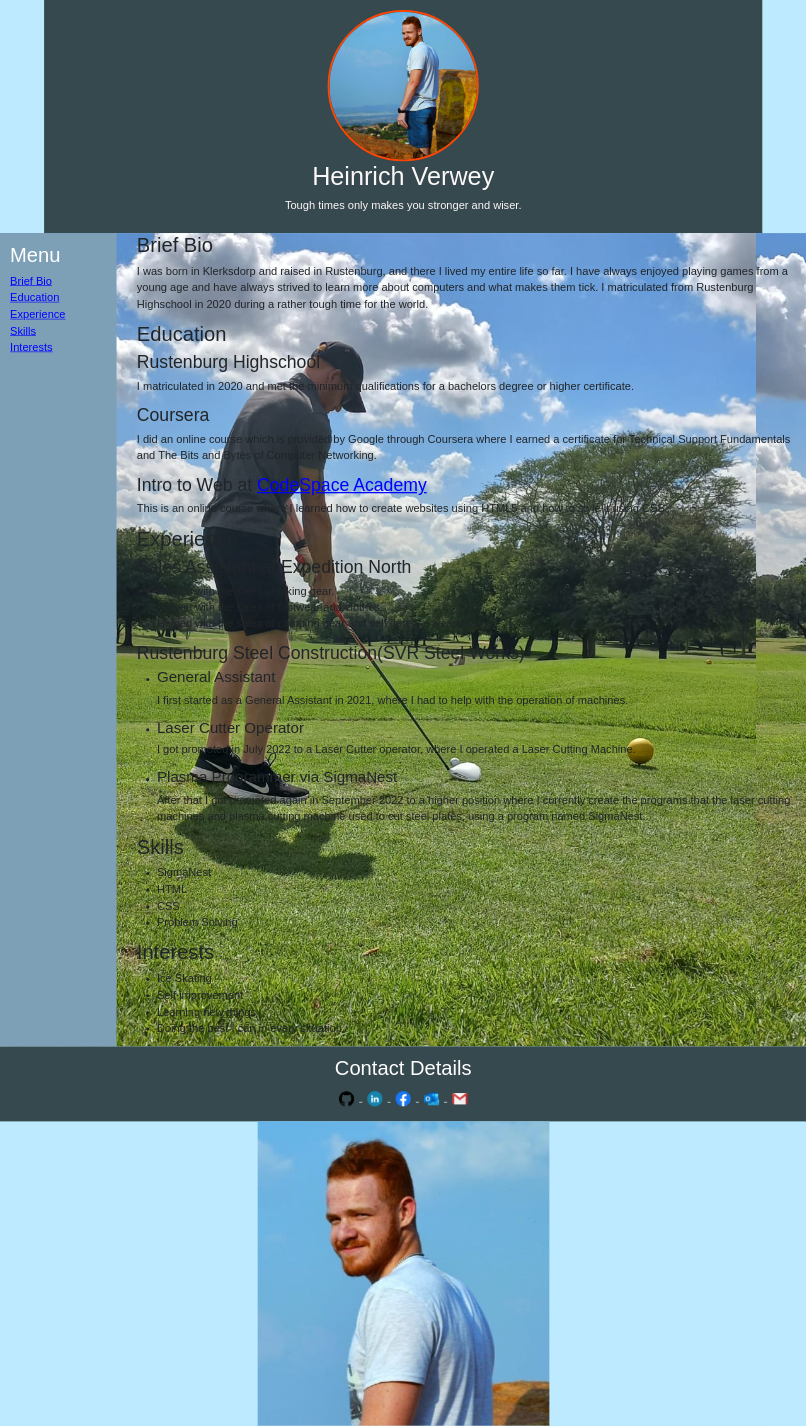
Repository: W3asl3y/IntroToWebDesign
Page: index.html
These files come from the project's save history. The page is drawn as it stood at one moment and after the next save; the edit follows.
The browser window is 1280 px wide. The pictures show the whole page, at 63% of full size.

Above is the page before, as saved 2022-12-07 21:18:13.

### index.html
<!DOCTYPE html>
<html lang="en">
    <head>
        <meta charset="UTF-8">
        <meta http-equiv="X-UA-Compatible" content="IE=edge">
        <meta name="viewport" content="width=device-width, initial-scale=1.0">

        <title>
            My Resume
        </title>

        <link rel="stylesheet" href="https://cdn.jsdelivr.net/npm/bootstrap@5.2.3/dist/css/bootstrap.min.css" integrity="sha384-rbsA2VBKQhggwzxH7pPCaAqO46MgnOM80zW1RWuH61DGLwZJEdK2Kadq2F9CUG65" crossorigin="anonymous">

        <link rel="stylesheet" type="text/css" href="css/stylesheet.css">

        <script src="https://cdn.jsdelivr.net/npm/bootstrap@5.2.3/dist/js/bootstrap.bundle.min.js" integrity="sha384-kenU1KFdBIe4zVF0s0G1M5b4hcpxyD9F7jL+jjXkk+Q2h455rYXK/7HAuoJl+0I4" crossorigin="anonymous"></script>

    </head>
    <body>


        <div class="container text-center" style="padding: 0">
            <div class="row">
                <div class="col-xs-12" >
                    <header id="heading">
                        <img id="profile_picture" src="images/Heinrich.jpg" alt="My profile picture" >
                        <h1>
                            Heinrich Verwey
                        </h1>
                        <p>
                            Tough times only makes you stronger and wiser.
                        </p>
                    </header>
                </div>
            </div>
        </div>

        <div class="backgroundImage">
        <main>

                <aside id="sidebar">
                    <nav>
                        <h2 id="menu">
                            Menu
                        </h2>
                        <ul class="nav-menu">
                            <li>
                                <a href="#brief_bio"> Brief Bio </a>
                            </li>
                            <li>
                                <a href="#education"> Education </a>
                            </li>
                            <li>
                                <a href="#experience"> Experience </a>
                            </li>
                            <li>
                                <a href="#skills"> Skills </a>
                            </li>
                            <li>
                                <a href="#interests"> Interests </a>
                            </li>
                        </ul>
                    </nav>
                </aside>


            <div class="container-contents">
                <div id="contents">
                    <h2 id=brief_bio>
                        Brief Bio
                    </h2>
                    <p>
                        I was born in Klerksdorp and raised in Rustenburg, and there I lived my entire life so far. I have always enjoyed playing games from a young age and have always strived to learn more about computers and what makes them tick. I matriculated from Rustenburg Highschool in 2020 during a rather tough time for the world.
                    </p>
                    <h2 id=education>
                        Education
                    </h2>
                    <h3>
                        Rustenburg Highschool
                    </h3>
                    <p>
                        I matriculated in 2020 and met the minimum qualifications for a bachelors degree or higher certificate.
                    </p>
                    <h3>
                        Coursera
                    </h3>
                    <p>
                        I did an online course which is provided by Google through Coursera where I earned a certificate for Technical Support Fundamentals and The Bits and Bytes of Computer Networking.
                    </p>
                    <h3>
                        Intro to Web at <a href="https://www.codespace.co.za/courses/frontend-web-development/">CodeSpace Academy</a>
                    </h3>
                    <p>
                        This is an online course where I learned how to create websites using HTML5 and how to style it using CSS.
                    </p>
                    </h3>
                    <h2 id="experience">
                        Experience
                    </h2>
                    <h3>
                        Sales Assistant at Expedition North
                    </h3>
                    <ul>
                        <li>
                            Helped with the sales of hiking gear.
                        </li>
                        <li>
                            Helped with the sales of footwear and clothes.
                        </li>
                        <li>
                            Helped with the sales of camping gear and self defense weapons.
                        </li>
                    </ul>
                    <h3>
                        Rustenburg Steel Construction(SVR Steel Works)
                    </h3>
                    <ul>
                        <li>
                            <h4>
                                General Assistant
                            </h4>
                                <p>
                                    I first started as a General Assistant in 2021, where I had to help with the operation of machines.
                                </p>
                        </li>
                        <li>
                            <h4>
                                Laser Cutter Operator
                            </h4>
                                <p>
                                    I got promoted in July 2022 to a Laser Cutter operator, where I operated a Laser Cutting Machine.
                                </p>
                        </li>
                        <li>
                            <h4>
                                Plasma Programmer via SigmaNest
                            </h4>
                                <p>
                                    After that I got promoted again in September 2022 to a higher position where I currently create the programs that the laser cutting machines and plasma cutting machine used to cut steel plates, using a program named SigmaNest.
                                </p>
                        </li>
                    </ul>
                    <h2 id="skills">
                        Skills
                    </h2>
                    <ul>
                        <li>
                            SigmaNest
                        </li>
                        <li>
                            HTML
                        </li>
                        <li>
                            CSS
                        </li>
                        <li>
                            Problem Solving
                        </li>
                    </ul>
                    <h2 id="interests">
                        Interests
                    </h2>
                    <ul>
                        <li>
                            Ice Skating
                        </li>
                        <li>
                            Self improvement
                        </li>
                        <li>
                            Learning new things
                        </li>
                        <li>
                            Doing the best I can in every situation
                        </li>
                    </ul>
                </div>
            </div>

        </main>

        </div>
        <div class="container-footer">
            <footer class="footer">
                <h2>
                    Contact Details
                </h2>
                    <a href="https://github.com/W3asl3y" target="_blank">
                        <img class="my_contacts" src="Images\Github-22.png" alt="My Github">
                    </a>
                    <a href="https://www.linkedin.com/in/heinrich-verwey-1627a7205/" target="_blank">
                        <img class="my_contacts" src="Images\LinkedIn.webp" alt="My LinkedIn">
                    </a>
                    <a  href="https://www.facebook.com/heinrich.verwey.79/" target="_blank">
                        <img class="my_contacts" src="Images\Facebook.webp" alt=" My Facebook">
                    </a>
                    <a href="mailto:verwey41@outlook.com" target="_blank">
                        <img class="my_contacts" src="Images\Microsoft-Outlook-01.png" alt="My Outlook Email">
                    </a>
                    <a href="https://mail.google.com/mail/u/0/#inbox?compose=DmwnWrRpddMlNTSjFqkttlfhgGgSTqTdZwvhCZbHGPMFCZvZVTDvqlDvZQjtBGtGFFxcnhXPNVnl" target="_blank">
                        <img class="my_contacts" src="Images\Gmail.webp" alt="My Gmail Email">
                    </a>

            </footer>
        </div>

        <div class="pictureOfMe">
            <picture>
                <source media="(max-width: 650px)" srcset="Images\Heinrich-H.jpg">
                <source media="(max-width: 1400px)" srcset="Images\Heinrich-HS.jpg">
                <img src="Images\Heinrich.jpg" alt="It is a picture of me">
            </picture>
        </div>

    </body>
</html

### CSS/stylesheet.css
* { box-sizing: border-box }

body{
     font-family:sans-serif;
     font-size:110%;
     background-color:  #bdeaff ;
     display: flex;
     flex-direction: column;
}

.backgroundImage {
     background-image: url("/images/me-playing-golf.jpg");
     background-size: auto;

}

main {
     display: flex;
     flex-direction: row;
     overflow: unset;
}

header {
     text-align: center;
    -webkit-text-fill-color: #FCF7F8;
     background-color: #36494e;
     padding: 1rem;
}

.text-center {
     width: 100%;
}

#profile_picture {
     width: 15rem;
     border-radius: 50%;
     border: 3px solid orangered;
}

#sidebar {
    background-color: #7ea0b7;
    width: 10%  ;
    padding: 1rem;
    position: sticky;
}



#menu {
     -webkit-text-fill-color:white ;
}

.nav-menu {
     list-style: none;
     padding: 0%;
}

#contents {
     padding-left: 2rem;
     background-color: transparent;
     background-image: none;
}



a:link {
     color: blue;
}

a:visited {
     color: blue;
}

.my_contacts {
     width: 40px;
     padding: 0.5rem;
}



footer {
     background-color: #36494e;
     text-align: center;
     -webkit-text-fill-color: white;
     padding: 1rem;
     justify-content: center;
}


.pictureOfMe {
     align-self: center;
}

@media  screen and (max-width:600px){
     #sidebar {
          width: 30vw;
     }
     #contents {
          width: auto;
     }
     .backgroundImage {
          width: auto;
     }
}

@media screen and (max-width:1000px) {
     #sidebar {
          width: 30vw;
     }
     #contents {
          width: auto;
     }
     .backgroundImage {
          width: auto;
     }

}

@media screen and (min-width:1000px) {
     #sidebar {
          width: 30vw;
     }
     #contents {
          width: auto;
     }
     .backgroundImage {
          width: auto;
     }

}

After the next save:
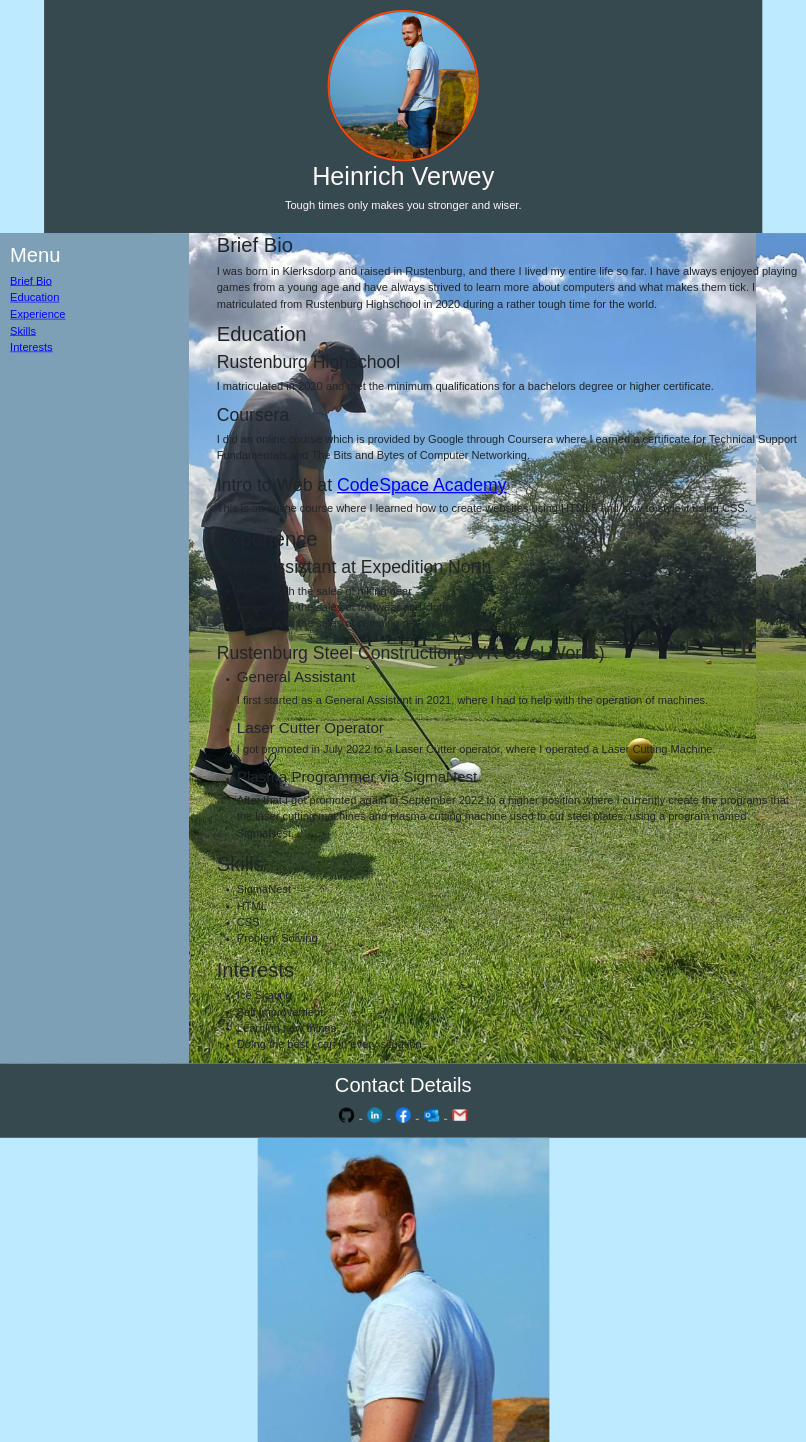
Saved 106 s later.
--- a/index.html
+++ b/index.html
@@ -64,8 +64,8 @@
                 </aside>
 
 
-            <div class="container-contents">
-                <div id="contents">
+            <div class="container ">
+                <article id="contents">
                     <h2 id=brief_bio>
                         Brief Bio
                     </h2>
@@ -174,7 +174,7 @@
                             Doing the best I can in every situation
                         </li>
                     </ul>
-                </div>
+                </article>
             </div>
 
         </main>
